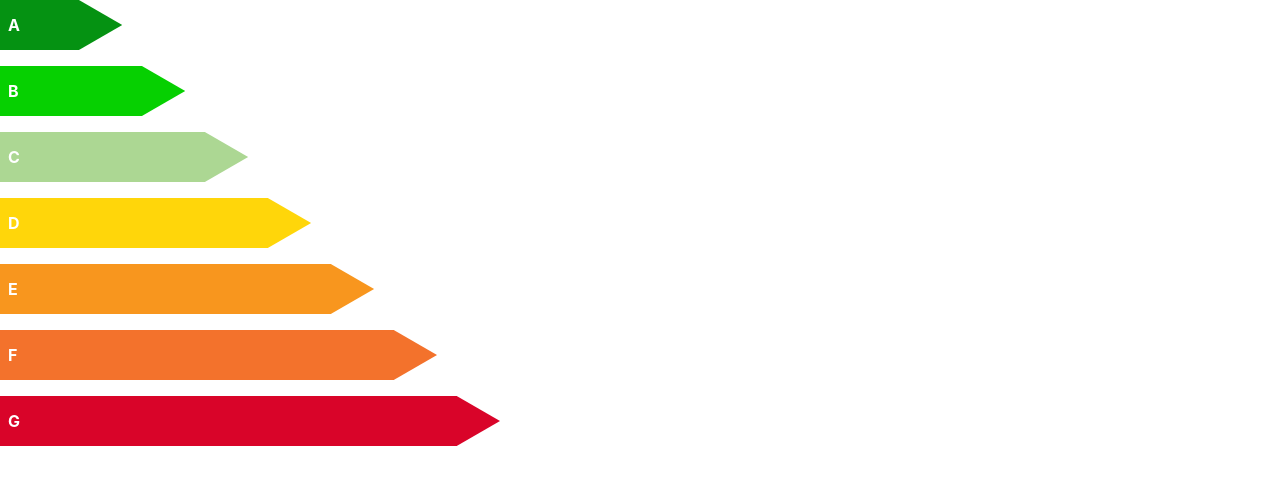
Repository: abdouAppcraft/Predict-DPE
Page: /result
An editor plug-in stored every save of this project. The page is shown before and after the next save, followed by the edit.
The browser window is 1280 px wide. The pictures show the whole page.
The project was rebuilt for these pictures with package versions that can differ from the ones it lists, and the page was loaded fresh each time. Also part of the build but not shown: src/hooks/useDpeOptions.tsx, src/screens/PredictForm/PredictForm.css, src/strings/string.ts, src/utils/computeData.ts, src/screens/PredictForm/PredictForm.tsx.

Above is the page before, as saved 2024-06-12 10:01:56.

After the next save:
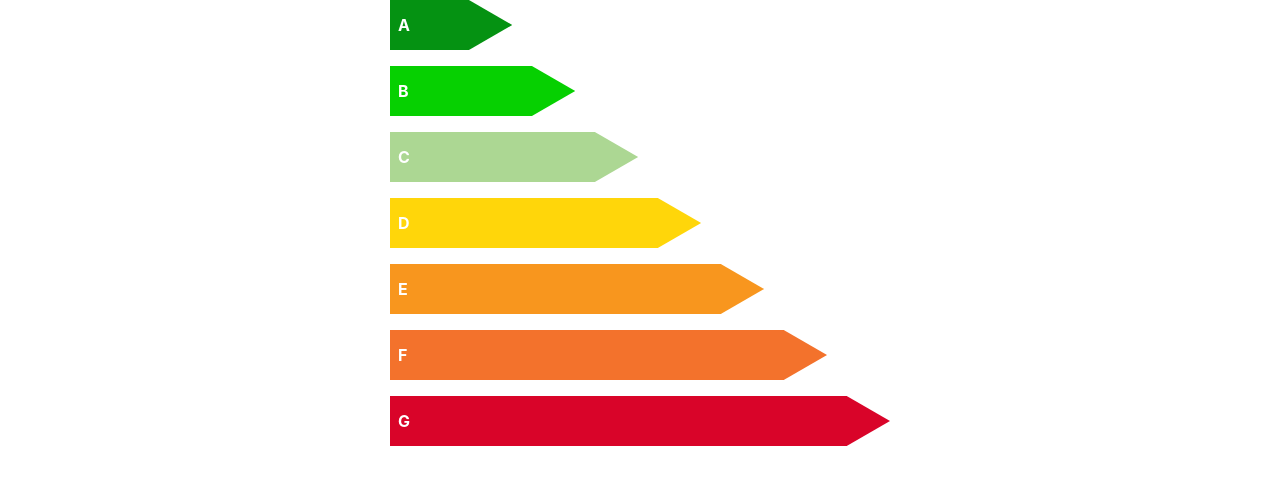
Saved 45 s later.
--- a/src/screens/Result/Result.tsx
+++ b/src/screens/Result/Result.tsx
@@ -20,6 +20,7 @@ const Result: React.FC<Props> = (props) => {
         maxWidth: 500,
         display: "flex",
         flexDirection: "column-reverse",
+        margin: "auto",
       }}
     >
       {letter.map((l, index) => (
